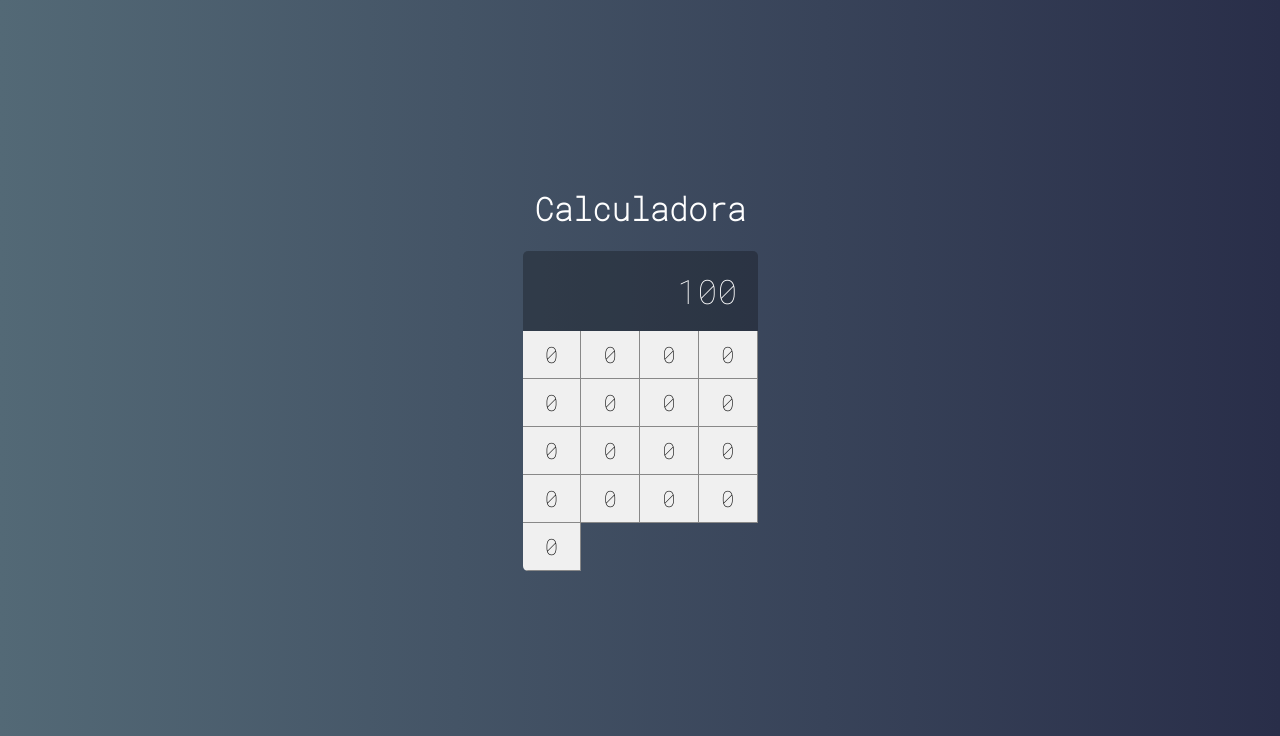
Repository: wellingtondevops/react-Calculator
Page: / (app in calculadora/)
An editor plug-in stored every save of this project. The page is shown before and after the next save, followed by the edit.
The browser window is 1280 px wide. The pictures show the whole page.
The first visible `.button` is being pressed.
The project was rebuilt for these pictures with package versions that can differ from the ones it lists, and the page was loaded fresh each time.

Above is the page before, as saved 2020-05-07 14:42:52.

### calculadora/src/index.js
import React from 'react';
import ReactDOM from 'react-dom';
import './index.css';
import Calculator from './main/Calculator'
import * as serviceWorker from './serviceWorker';

ReactDOM.render(
  <div>
  <h1>Calculadora</h1>
  <Calculator />
  </div>,
  document.getElementById('root')
);

// If you want your app to work offline and load faster, you can change
// unregister() to register() below. Note this comes with some pitfalls.
// Learn more about service workers: https://bit.ly/CRA-PWA
serviceWorker.unregister();

### calculadora/src/index.css
@font-face {
  font-family: 'RobotoMono';
  src: url('./fonts/RobotoMono-Thin.ttf')
}

* {
  font-family: 'RobotoMOno', monospace;
}

body {
  display: flex;
  height: 100vh;
  justify-content: center;
  align-items: center;
  text-align: center;

  color: #fff;
  background: linear-gradient(to right, rgb(83, 105 , 118), rgb(41, 46, 73));


}

### calculadora/src/main/Calculator.jsx
import React, {Component} from 'react'
import './Calculator.css'
import Button from '../components/Button'
import Display from '../components/Display'

export default class Calculator extends Component {
    render() {
        return (
            <div className="calculator">
                <Display value={100} />
                <Button label="AC"/>
                <Button label="/" />
                <Button label="7" />
                <Button label="8" />
                <Button label="9" />
                <Button label="*" />
                <Button label="4" />
                <Button label="5" />
                <Button label="6" />
                <Button label="-" />
                <Button label="1" />
                <Button label="2" />
                <Button label="3" />
                <Button label="+" />
                <Button label="0" />
                <Button label="." />
                <Button label="=" />
            </div>
        )
    }
}

### calculadora/src/main/Calculator.css
.calculator {
    height: 320px;
    width: 235px;
    border-radius: 5px;
    overflow: hidden;
    display: grid;
    grid-template-columns: repeat(4,25%);
    grid-template-rows: 1fr 48px 48px 48px 48px 48px ;
}

### calculadora/src/components/Button.jsx
import React from 'react'
import './Button.css'


export default props =>
    <button className='button'>0</button>

### calculadora/src/components/Display.jsx
import React, {Component} from 'react'
import './Display.css'

export default props =>
<div className="display">{props.value}</div>

### calculadora/src/components/Button.css
:root {
    --bg-button: #f0f0f0;
    --border-button: solid 1px #888;

}

.button {
    font-size: 1.4em;
    background-color:  var(--bg-button);
    border: none;
    border-right: var(--border-button);
    border-bottom: var(--border-button);
    outline: none;
}

Loaded but not shown: calculadora/public/index.html (common file); calculadora/src/serviceWorker.js (common file); calculadora/src/components/Display.css (common file); calculadora/public/manifest.json (common file)

After the next save:
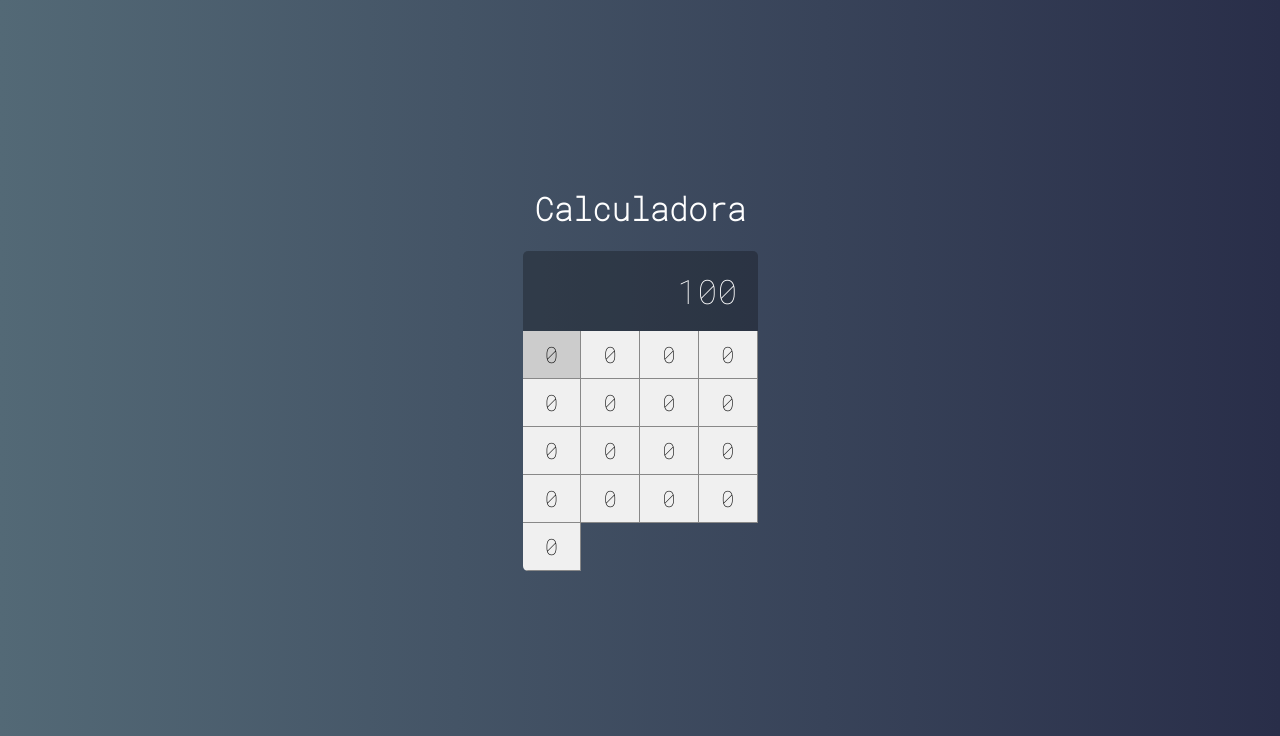
Saved 30 min 35 s later.
--- a/calculadora/src/components/Button.css
+++ b/calculadora/src/components/Button.css
@@ -12,3 +12,7 @@
     border-bottom: var(--border-button);
     outline: none;
 }
+
+.button:active {
+    background-color: #ccc;
+}
